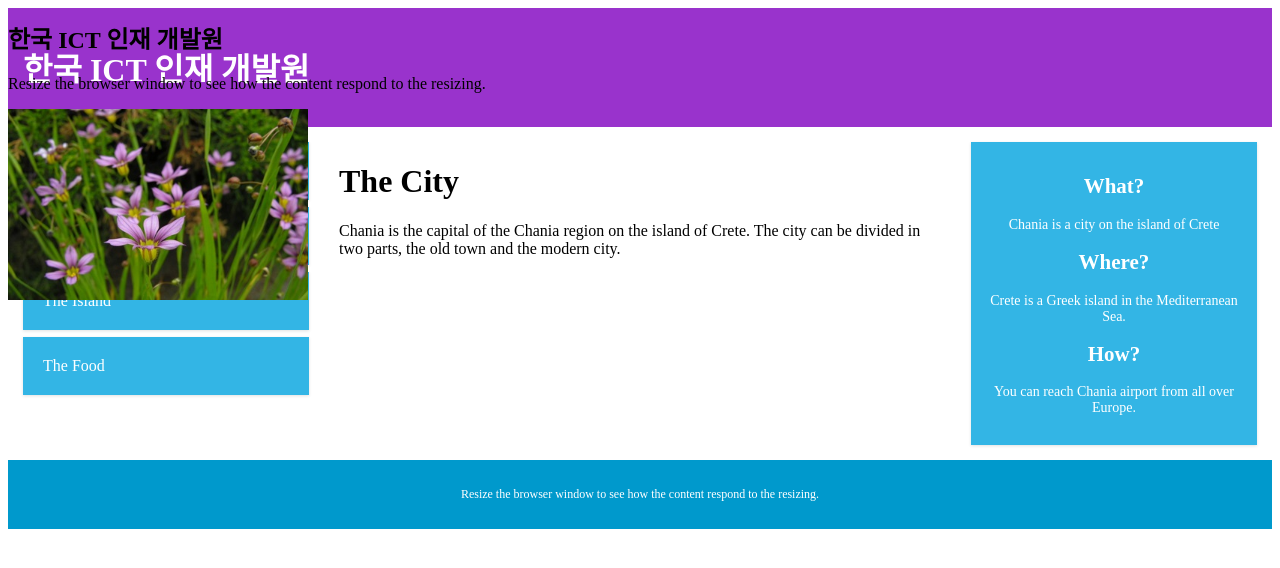
Repository: ady0099/webstudy
Page: 03_javascript/src/main/webapp/day02/ex18_event.html
These files come from the project's save history. The page is drawn as it stood at one moment and after the next save; the edit follows.
The browser window is 1280 px wide. The pictures show the whole page.

Above is the page before, as saved 2023-06-28 08:05:02.

### 03_javascript/src/main/webapp/day02/ex18_event.html
<!DOCTYPE html>
<html>
	<head>
		<meta charset="UTF-8">
		<title>반응협 웹 페이지</title>
		<style>
			*{
				box-sizing: border-box;
			}
			.header{
				background-color: #9933cc;
				color:white;
				padding:15px;
			}
			/* ::after => 요소의 콘텐츠 끝부분에 생성된 콘텐츠를 추가한다. */
			/* ::before => 요소의 콘텐츠 시작부분에 생성된 콘텐츠를 추가한다. */
			/* content:""; => */
			.row::after{
				content: "";
				display: block;
				clear: both;
			}
			.footer{
				/* clear:both; */ /* float: left 해제 */
				clear:both;
				background-color: #0099cc;
				color:white;
				text-align: center;
				font-size:12px;
				padding:15px;
			}
			.menu ul{
				list-style-type: none;
				margin:0;
				padding:0;
			}
			.menu li{
				padding:20px;
				margin-bottom:7px;
				background-color: #33b5e5;
				color:white;
				box-shadow: 0 1px 3px rgba(0,0,0,0.12);
			}
			.menu li:hover{
				background-color: #0099cc;
			}
			[class*="col-"]{
				float:left;
				padding:15px;
			}
			.aside{
				background-color: #33b5e5;
				padding:15px;
				color:white;
				text-align: center;
				font-size: 14px;
				box-shadow: 0 1px 3px rgba(0,0,0,0.12);
			}
			.col-1{width:8.33%;}
			.col-2{width:16.66%;}
			.col-3{width:25%;}
			.col-4{width:33.33%;}
			.col-5{width:41.66%;}
			.col-6{width:50%;}
			.col-7{width:58.33%;}
			.col-8{width:66.66%;}
			.col-9{width:75%;}
			.col-10{width:83.33%;}
			.col-11{width:91.66%;}
			.col-12{width:100%;}

			@media only screen and (max-width:760px){
				[class*="col-"]{
				  width: 100%;
			   }
			}
			div#popup{
				width: 500px;
				height: 300px;
				position: fixed;
				top:0px;
				overflow: hidden;
			 }
		</style>

	</head>
	<body>
		<div class="header">
			<h1>한국 ICT 인재 개발원</h1>
		</div>
		<div class="row">
			<div class="col-3 menu">
				<ul>
					<li>The Flight</li>
					<li>The City</li>
					<li>The Island</li>
					<li>The Food</li>
				</ul>
			</div>
			<div class="col-6">
				<h1>The City</h1>
				<p>Chania is the capital of the Chania region on the island of Crete.
				The city can be divided in two parts, the old town and the modern city.</p>
			</div>
			<div class="col-3 right">
				<div class="aside">
					<h2>What?</h2>
					<p>Chania is a city on the island of Crete</p>
					<h2>Where?</h2>
					<p>Crete is a Greek island in the Mediterranean Sea.</p>
					<h2>How?</h2>
					<p>You can reach Chania airport from all over Europe.</p>
				</div>
			</div>
			<div class="footer">
				<p>Resize the browser window to see how the content respond to the resizing.</p>
			</div>
			<div id="popup">
				<h2>한국 ICT 인재 개발원</h2>
				<p>Resize the browser window to see how the content respond to the resizing.</p>

				<img alt="" src="../images/flower.jpg" width="300px">
				<div><a href="#" onclick="closed()">닫기</a></div>
			</div>
		</div>
	</body>
	<script type="text/javascript">
		function closed(){

		}
	</script>
</html>

After the next save:
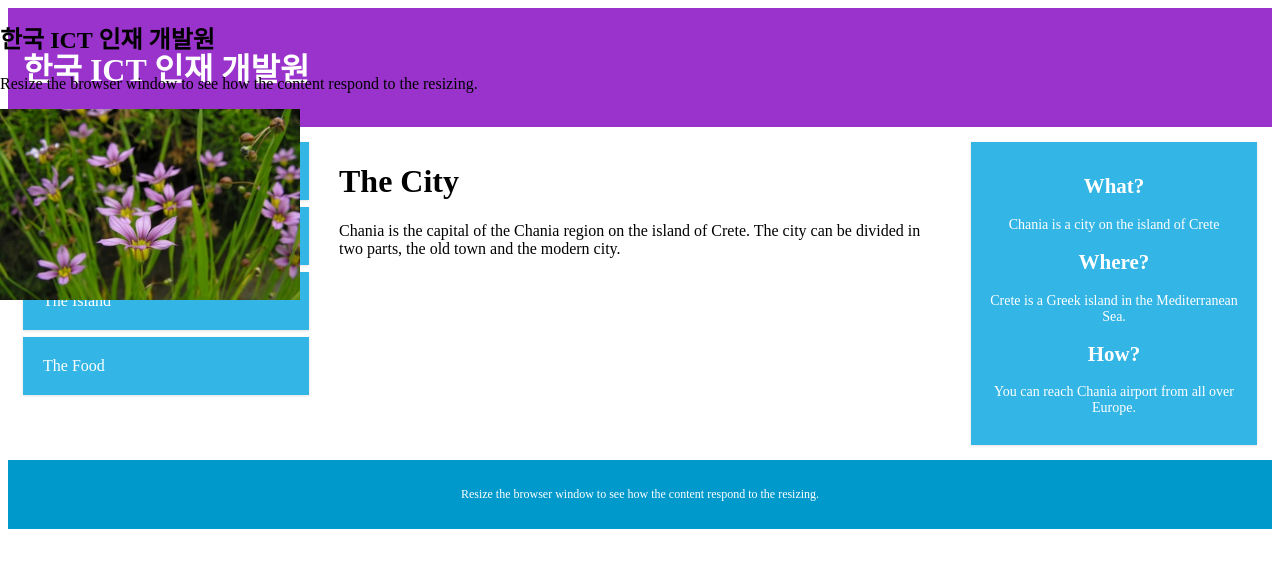
Saved 4 s later.
--- a/03_javascript/src/main/webapp/day02/ex18_event.html
+++ b/03_javascript/src/main/webapp/day02/ex18_event.html
@@ -78,7 +78,8 @@
 				width: 500px;
 				height: 300px;
 				position: fixed;
-				top:0px;
+				top:0;
+				left:0;
 				overflow: hidden;
 			 }
 		</style>
